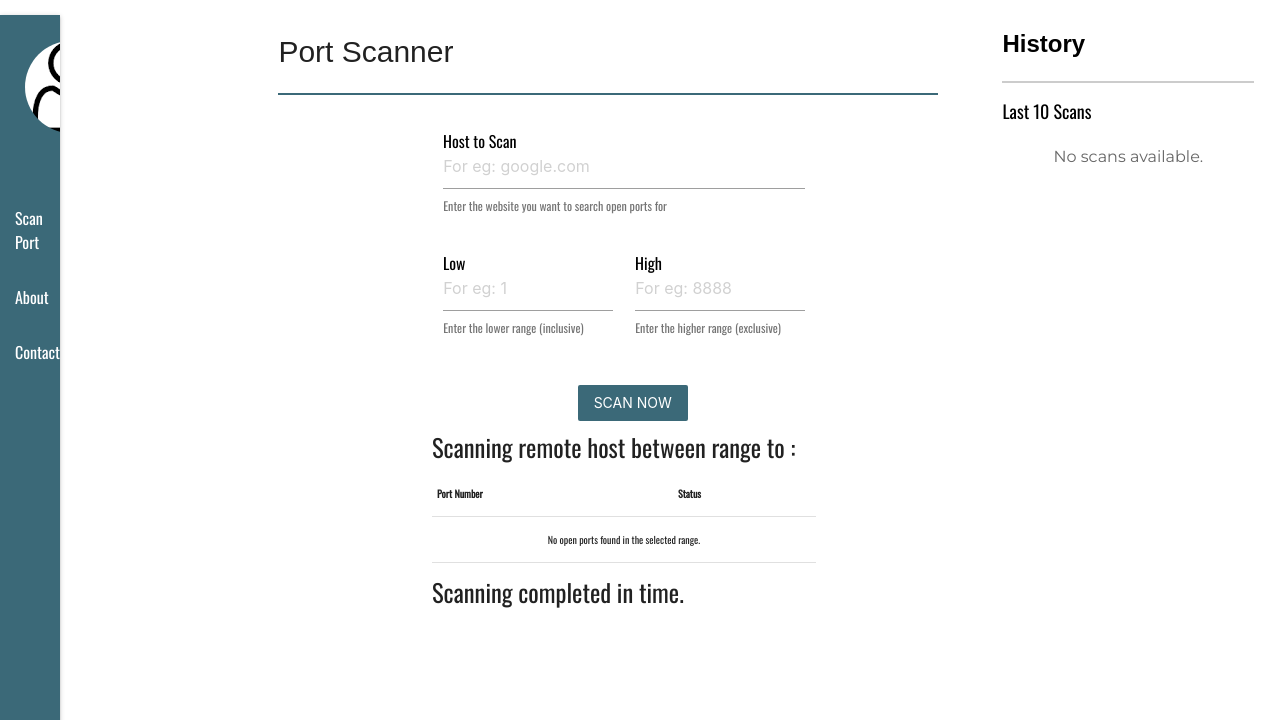
Repository: dikshant-s/PortScanner
Page: src/templates/index.html
The author's editor kept a copy of each file at every save. The page is drawn from the files as they stood at one save, then again after the next save.
The browser window is 1280 px wide. The pictures show the whole page.
Some web fonts or font styles are not loaded; a fallback is used. The page is served by the project's application, run on Flask 3 (src/test.py). The template is opened directly, without the code that normally fills it, so the values that code supplies are empty.

Above is the page before, as saved 2025-06-23 19:58:47.

After the next save:
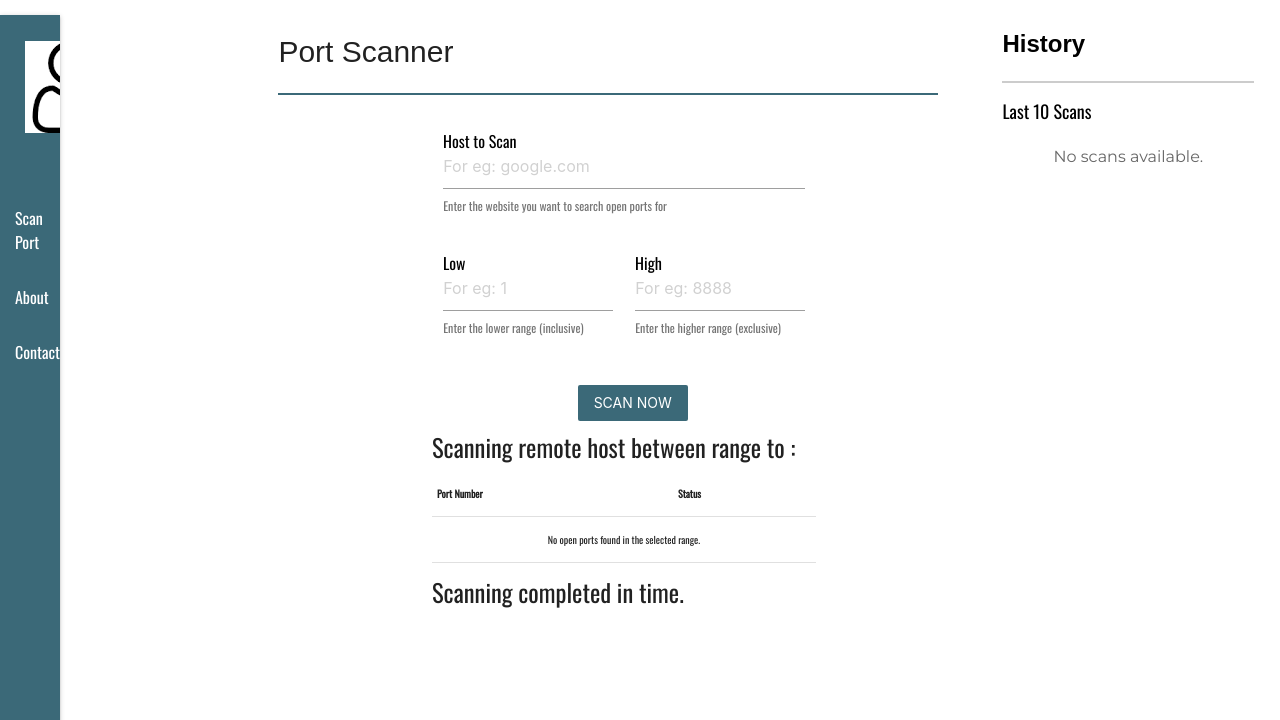
Saved 107 s later.
--- a/src/templates/index.html
+++ b/src/templates/index.html
@@ -21,7 +21,7 @@
       <li>
         <div class="user-view">
           <div class="background" style="background-color: #3b6978"></div>
-          <a href="#user"><img class="circle"
+          <a href="#user"><img class=""
               src="data:[embedded picture, 1718 characters]" /></a>
           <a href="#name"><span class="white-text name" style="padding-bottom: 5%" class="navtitle">Port
               Scanner<br /></span></a>
